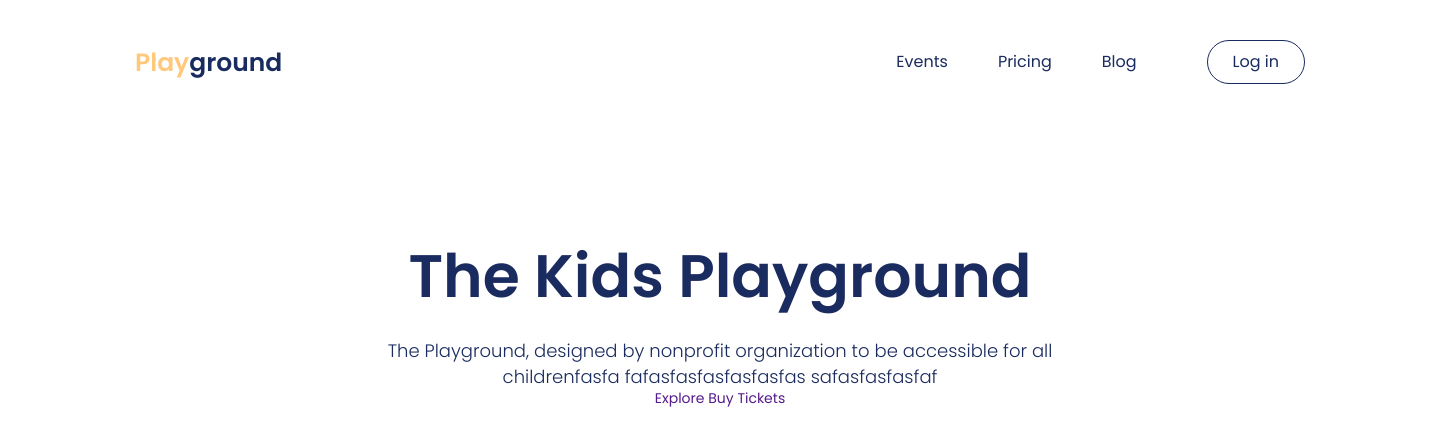
Repository: khuong30082000/the-playground
Page: index.html
An editor plug-in stored every save of this project. The page is shown before and after the next save, followed by the edit.
The browser window is 1280 px wide. The page is 1440 px wide, so the pictures cover 1440 px, including what lies to the right of the window. The pictures show the whole page.
The style sheet was rebuilt from its Sass, Less or Tailwind sources for each picture, by a compiler version that may differ from the author's.

Above is the page before, as saved 2022-04-25 13:20:41.

After the next save:
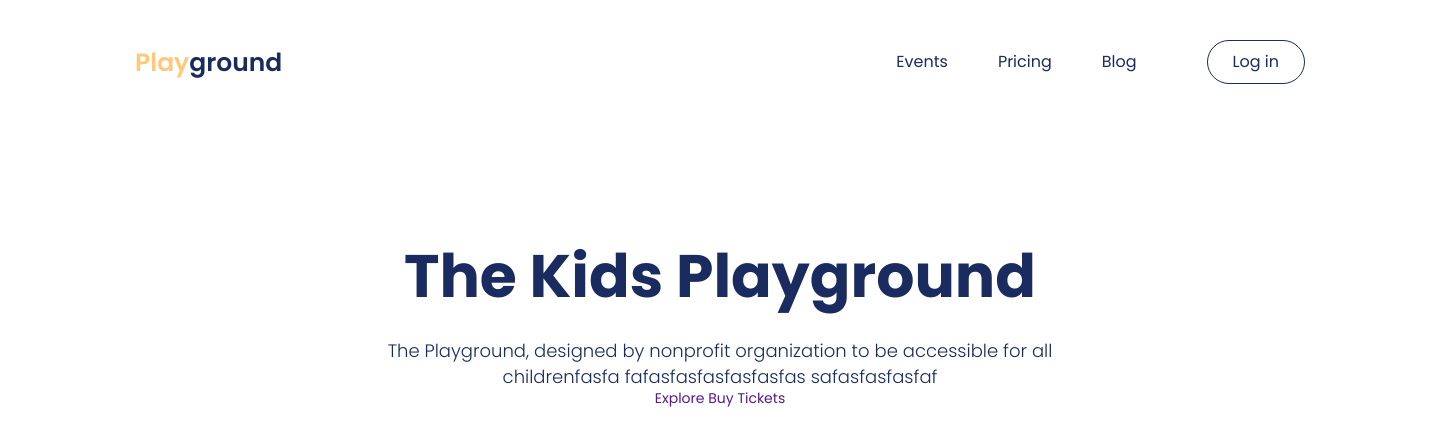
Saved 9 s later.
--- a/scss/_banner.scss
+++ b/scss/_banner.scss
@@ -4,12 +4,13 @@
     margin: 0 auto;
     text-align: center;
     &__heading {
-        font-weight: 600;
+        font-weight: 700;
         font-size: 6rem;
         margin-bottom: 2rem;
     }
     &__desc {
         font-size: 1.8rem;
         font-weight: 300;
+
     }
 }
